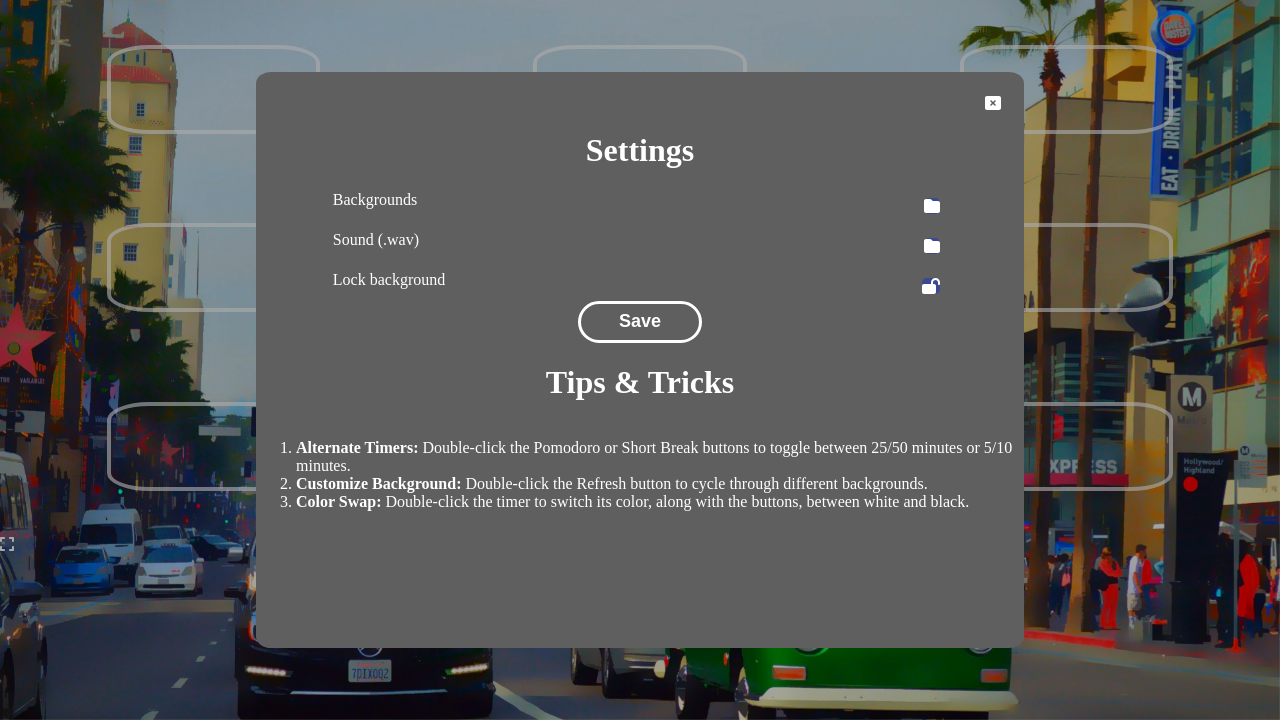
Repository: ttommytan/pomodoro
Page: /, after clicking the first element matching `svg.fa-gear`
The author's editor kept a copy of each file at every save. The page is drawn from the files as they stood at one save, then again after a run of saves.
The browser window is 1280 px wide. The pictures show the whole page.
The project was rebuilt for these pictures with package versions that can differ from the ones it lists, and the page was loaded fresh each time. Also part of the build but not shown: vite.config.js, src/components/Test.jsx, src/components/SliderComponent.jsx. Imported but missing from the stored project, and not drawn on this page: src/assets/chime.wav.

Above is the page before, as saved 2024-08-27 13:31:58.

### index.html
<!doctype html>
<html lang="en">
  <head>
    <meta charset="UTF-8" />
    <link rel="icon" type="image/svg+xml" href="/vite.svg" />
    <meta name="viewport" content="width=device-width, initial-scale=1.0" />
    <title>Pomodoro Timer</title>
    <link rel="preconnect" href="https://fonts.googleapis.com">
    <link rel="preconnect" href="https://fonts.gstatic.com" crossorigin>
    <link href="https://fonts.googleapis.com/css2?family=Space+Grotesk:wght@300..700&display=swap" rel="stylesheet">
  </head>
  <body>
    <div id="root"></div>

    <script type="module" src="/src/main.jsx"></script>
  </body>
</html>

### src/App.jsx
import { useState } from 'react'
import Test from './components/Test'
import Countdown from './components/Countdown'
import SliderComponent from './components/SliderComponent'

function App() {
  const [count, setCount] = useState(0)

  return (
    <>

    <div className=''>
        <Countdown givenTime={1500}/>
    </div>
    </>
  )
}

export default App

### src/index.css
.big-container {
  top: 0;
  left: 0;
  width: 100%;
  height: 100%;
  position: absolute;
  display: grid;
  overflow: hidden;
  margin: 0;
  padding: 0;
  background-size: cover;
  background-repeat: no-repeat;
  background-attachment: fixed;
  background-position: center;

  grid-template-areas: "top-left top-mid top-right"
                       "mid-left mid-mid mid-right"
                       "bot-left bot-mid bot-right";
}

.containers-top-left, .containers-top-mid, .containers-top-right,
.containers-mid-left, .containers-mid-mid, .containers-mid-right,
.containers-bot-left, .containers-bot-mid, .containers-bot-right {
  width:500px;
  height: 300px;
  font-family: "Space Grotesk", sans-serif;
  font-weight: 400;
  display: flex;
  flex-direction: column;
  justify-content: space-evenly;
  align-items: center;
  position: absolute;
  top: 50%;
  left: 50%;
  transform: translate(-50%, -50%);
  padding: 10px;
  user-select: none;
  -moz-user-select: none;
  -khtml-user-select: none;
  -webkit-user-select: none;
  -o-user-select: none;
  z-index: 2;
}

.containers-top-left:hover, .containers-top-mid:hover, .containers-top-right:hover,
.containers-mid-left:hover, .containers-mid-mid:hover, .containers-mid-right:hover,
.containers-bot-left:hover, .containers-bot-mid:hover, .containers-bot-right:hover
{
  cursor: pointer;
}
.containers-top-left{
  grid-area: top-left;
  padding-top: 10%;
}
.containers-top-mid {
  grid-area: top-mid;
  padding-top: 10%;
}
.containers-top-right {
  grid-area: top-right;
  padding-top: 10%;
}

.containers-mid-left {
  grid-area: mid-left;
}
.containers-mid-mid {
  grid-area: mid-mid;
}
.containers-mid-right {
  grid-area: mid-right;
}


.containers-bot-left {
  grid-area: bot-left;
  padding-bottom: 10%;
}
.containers-bot-mid {
  grid-area: bot-mid;
  padding-bottom: 10%;
}
.containers-bot-right {
  grid-area: bot-right;
  padding-bottom: 10%;
}

.top-left, .top-mid, .top-right,
.mid-left, .mid-mid, .mid-right,
.bot-left, .bot-mid, .bot-right{
  height: 50%;
  width: 50%;
  margin:auto;
  border-radius: 20%;
  border: rgba(255, 255, 255, 0.637) .3em solid;
  opacity: 1;
  background-color: rgba(0, 0, 0, 0);
}

.top-left:hover, .top-mid:hover, .top-right:hover,
.mid-left:hover, .mid-mid:hover, .mid-right:hover,
.bot-left:hover, .bot-mid:hover, .bot-right:hover{
  opacity: 1;
}

.top-leftblack, .top-midblack, .top-rightblack,
.mid-leftblack, .mid-midblack, .mid-rightblack,
.bot-leftblack, .bot-midblack, .bot-rightblack{
  height: 50%;
  width: 50%;
  margin:auto;
  border-radius: 20%;
  border: rgba(0, 0, 0, 0.637) .3em solid;
  opacity: 0;
  background-color: rgba(0, 0, 0, 0);
}

.top-leftblack:hover, .top-midblack:hover, .top-rightblack:hover,
.mid-leftblack:hover, .mid-midblack:hover, .mid-rightblack:hover,
.bot-leftblack:hover, .bot-midblack:hover, .bot-rightblack:hover{
  opacity: 1;
}

.top-left {grid-area: top-left;}
.top-mid {grid-area: top-mid;}
.top-right {grid-area: top-right;}

.mid-left {grid-area: mid-left;}
.mid-mid {grid-area: mid-mid;}
.mid-right {grid-area: mid-right;}

.bot-left {grid-area: bot-left;}
.bot-mid {grid-area: bot-mid;}
.bot-right {grid-area: bot-right;}





.inner-element {
  font-size: 80px;
  flex-wrap: wrap;
  text-align: center;
  margin:0;

}


.time {
  margin: 0;
  color: white;
}

.timeblack {
  margin: 0;
  color: black;
}


.buttons, .buttonsactive, .pause-button {
  margin: 0 5px; /* Add some space between buttons */
  cursor: pointer;
  color: white;
  border-radius: 30px;
  width: 124px;
  height: 42px;
  font-size: 18px;
  box-shadow: none;
  border: solid white;
  background-color: rgba(255, 255, 255, 0);
  font-weight: 600;

}

.buttonsactive{
  background-color: white;
  color: black;
}
.buttons:hover{
  background-color: white;
  color: black
}
.pause-button:hover{
  background-color: rgba(255, 255, 255, 0);
  color: white;
}

.buttonsblack, .buttonsactiveblack, .pause-buttonblack {
  margin: 0 5px; /* Add some space between buttons */
  cursor: pointer;
  color: black;
  border-radius: 30px;
  width: 124px;
  height: 42px;
  font-size: 18px;
  box-shadow: none;
  border: solid black;
  background-color: rgba(255, 255, 255, 0);
  font-weight: 600;

}
.buttonsactiveblack{
  background-color: black;
  color: white;
}
.buttonsblack:hover{
  background-color: black;
  color: white
}

.pause-buttonblack:hover{
  background-color: rgba(255, 255, 255, 0);
  color: black;
}

.pause-button {
  width: 100px;
  background-color: white;
  color: black
}

.pause-buttonblack {
  width: 100px;
  background-color: black;
  color: white
}


.bg-img{
  width: 100%;
  height: 100%;
  display: block;
}


.top-buttons {
  transition: opacity .8s ease-in-out;
  opacity: 1;
}

.top-buttonshide {
  opacity: 0;
  transition: opacity .8s ease-in-out;
}




.slider-container {
  max-width: 600px;
  margin: auto;
}

.slide {
  padding: 20px;
  font-size: 18px;
  text-align: center;
}

.slick-dots li button:before {
  font-size: 12px;
  color: blue; /* Change this to the color you prefer */
}

.slick-dots li.slick-active button:before {
  color: red !important; /* Change this to the color you prefer */
}

.slick-prev:before,
.slick-next:before {
  color: black; /* Change this to the color you prefer */
}

.top-right{
  position: relative;
}

.settings{
  grid-area: top-right;
  width: 45px;
  height: 45px;
  margin: auto;
  z-index: 1;
}

.outer-popup{
  position: fixed;
  top: 0;
  left: 0;
  width: 100%;
  height: 100vh;
  display: flex;
  justify-content: center;
  align-items: center;
  background-color: rgba(0, 0, 0, 0.332);
  z-index: 1000;
}

.inner-popup {
  background-color: rgb(96, 95, 95);
  width: 60%;
  height: 80%;
  display: flex;
  flex-direction: column;
  align-items: center;
  border-radius: 2%;
  z-index: 1001;
  color: white;
}

.exit{
  margin-top: 3%;
  margin-right: 3%;
  align-self: flex-end;
}
.settings-elements{
  width: 80%;
  display: flex;
  flex-direction: column;
  gap: 10px;

}
.settings-element{
  display: flex;
  justify-content: space-between;

}

.actual-btn {
  display: flex;
  flex-wrap: wrap;

  background-color: rgb(58, 74, 146);
  color: white;
  border-radius: 0.3rem;
  cursor: pointer;
  margin: 7px;
  justify-content: center;
  align-items: center;

}
.notification{
  position: absolute;
  bottom: 0;
  left: 0;
  background-color: white;
  padding: 1% 3%;;
  font-size: 18px;
  border-radius: 5px;
  margin-bottom: 1%;
  margin-left: 1%;
}

.icon-folder{
  width: 100%;
}

Loaded but not shown: src/main.jsx (common file); src/components/Countdown.jsx (615 lines, source omitted)

After the next 3 saves:
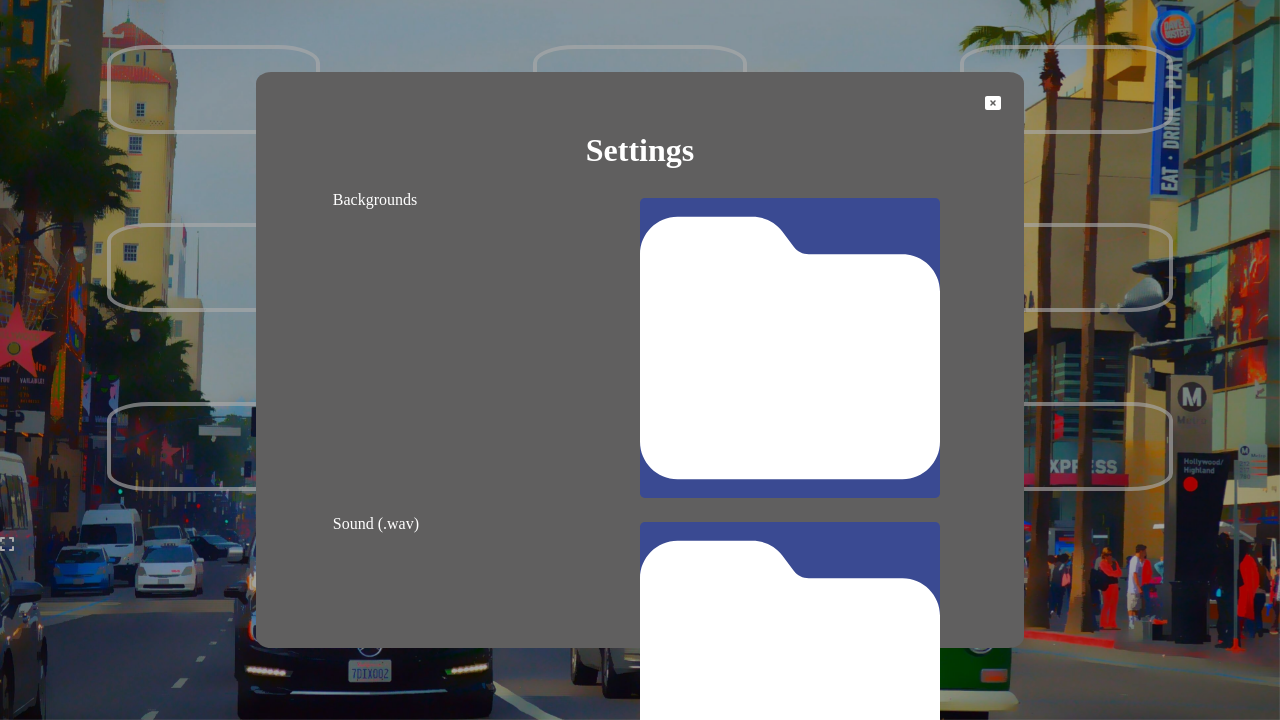
The 3 saves are shown as one change because they came seconds apart.
The last was saved 6 s later.
--- a/src/index.css
+++ b/src/index.css
@@ -353,4 +353,5 @@
 
 .icon-folder{
   width: 100%;
-}
+  height: 110%;
+}
